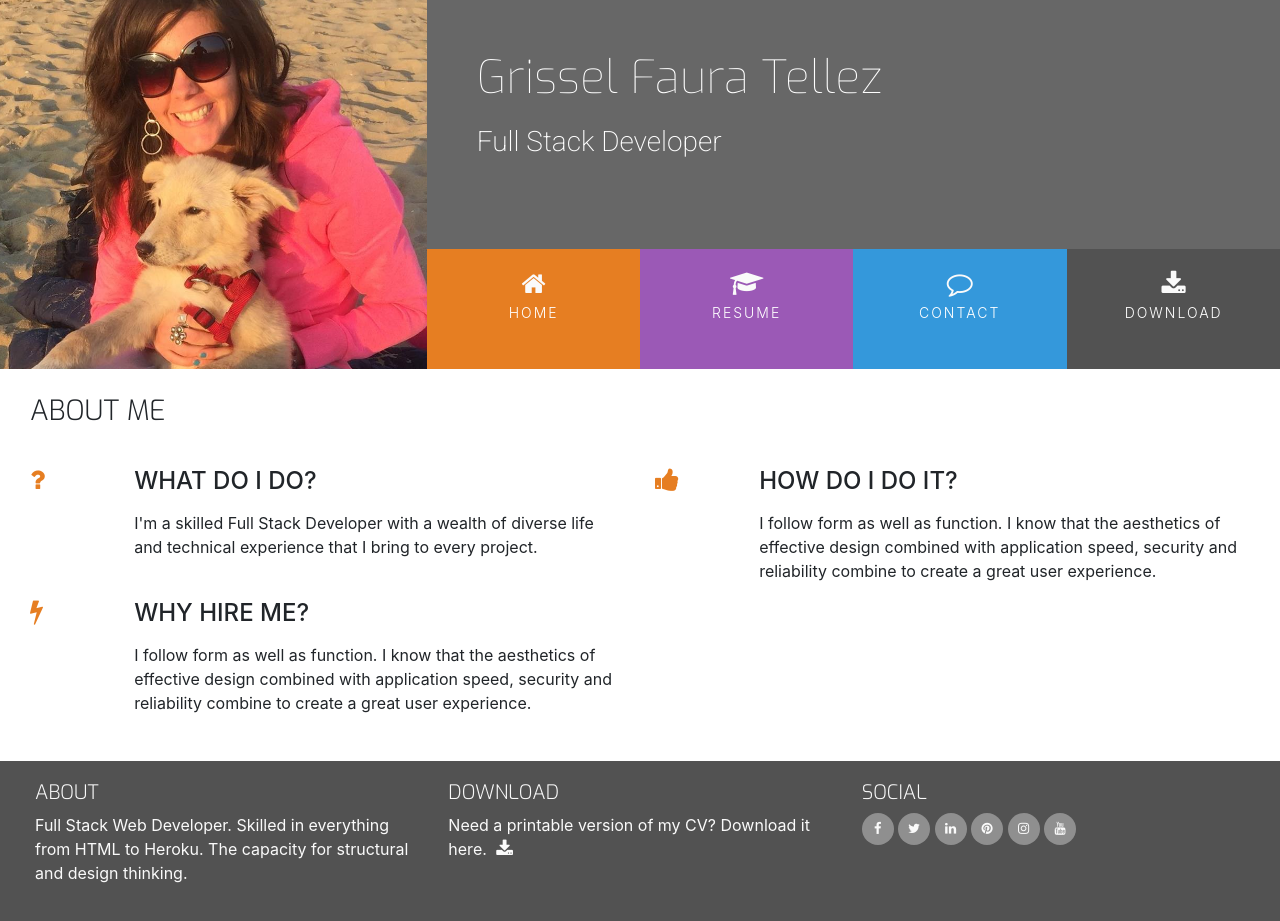
Repository: grisselfaura/Resume-Project-Introduction
Page: index.html
The author's editor kept a record of every edit. The page is drawn from the files as they stood at one moment, then again after the next edit.
The browser window is 1280 px wide. The pictures show the whole page.

Above is the page before.

After the next edit:
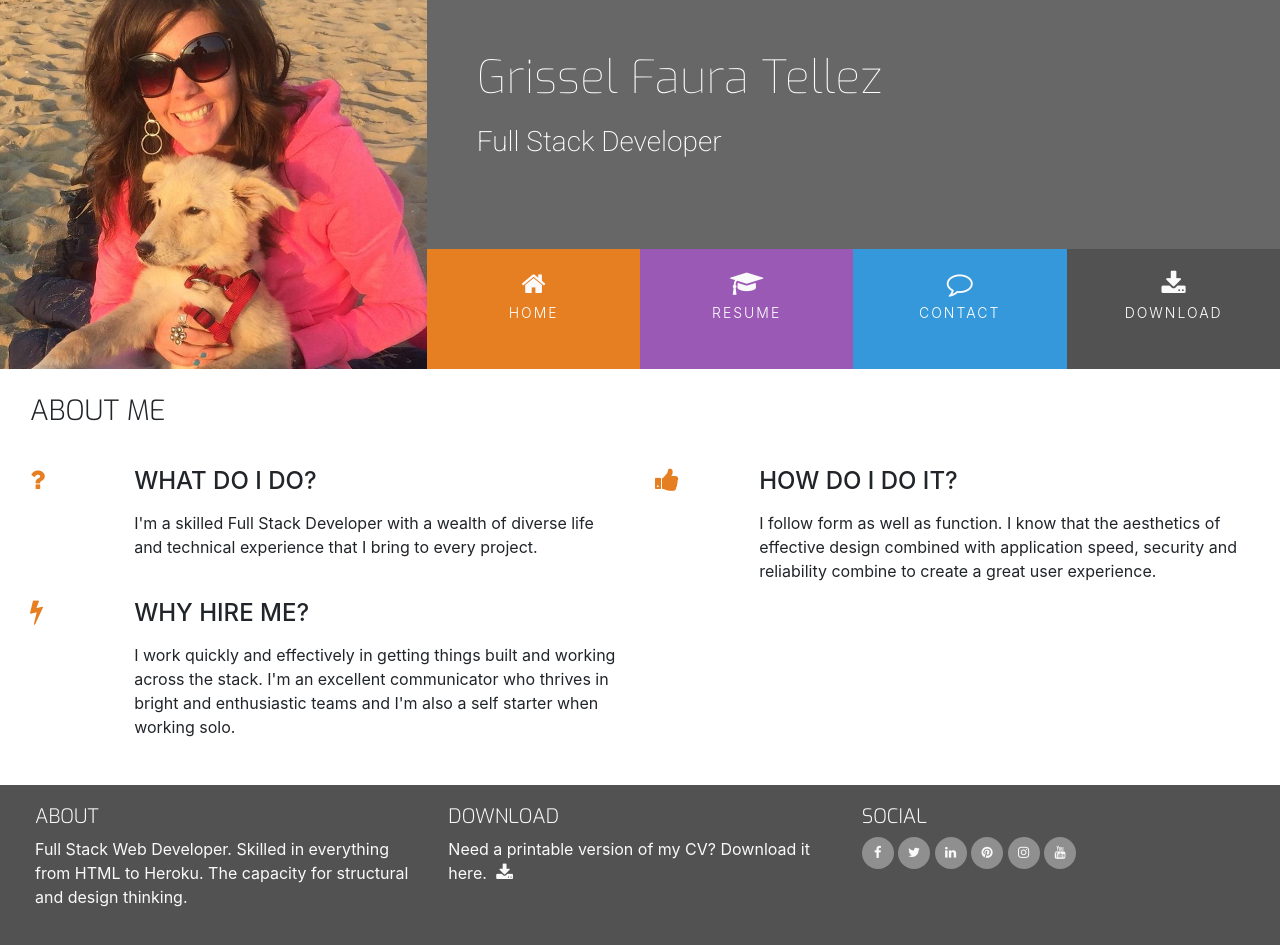
The edit:
--- a/index.html
+++ b/index.html
@@ -85,7 +85,9 @@
                             <div class="col-10">
                                 <h4 class="three-reasons-heading uppercase">Why hire me?</h4>
                                 <p>
-                                    I follow form as well as function. I know that the aesthetics of effective design combined with application speed, security and reliability combine to create a great user experience.
+                                   I work quickly and effectively in getting things built and working across the stack.
+                                   I'm an excellent communicator who thrives in bright and enthusiastic teams and
+                                   I'm also a self starter when working solo.
                                 </p>
                             </div>
                         </div>
